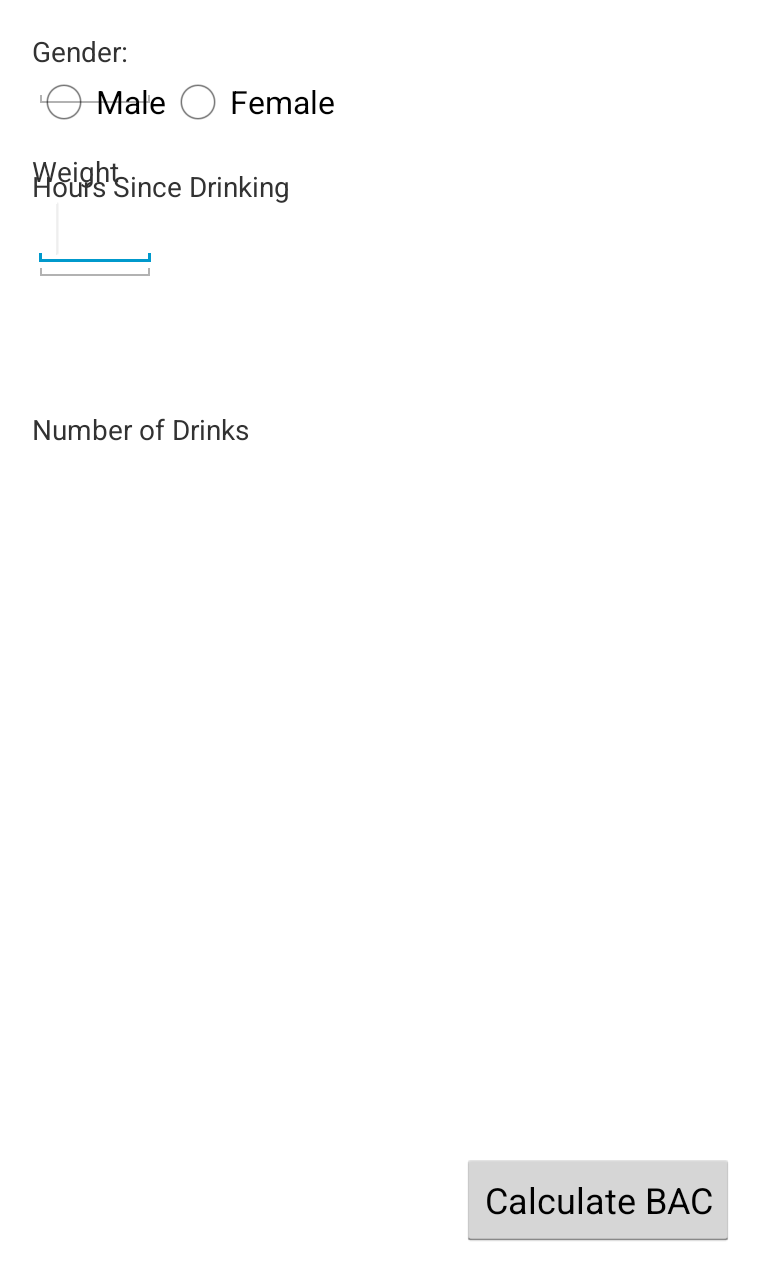
Repository: Sudoka/TBD
Layout: MyApp/res/layout/activity_bac.xml
An editor plug-in stored every save of this project. The layout is shown before and after the next save, followed by the edit.
It is drawn on a 768 x 1280 px phone screen (xhdpi) without system bars, with theme AppTheme; the app's code is not run.

Above is the layout before, as saved 2013-05-09 05:30:17.

After the next save:
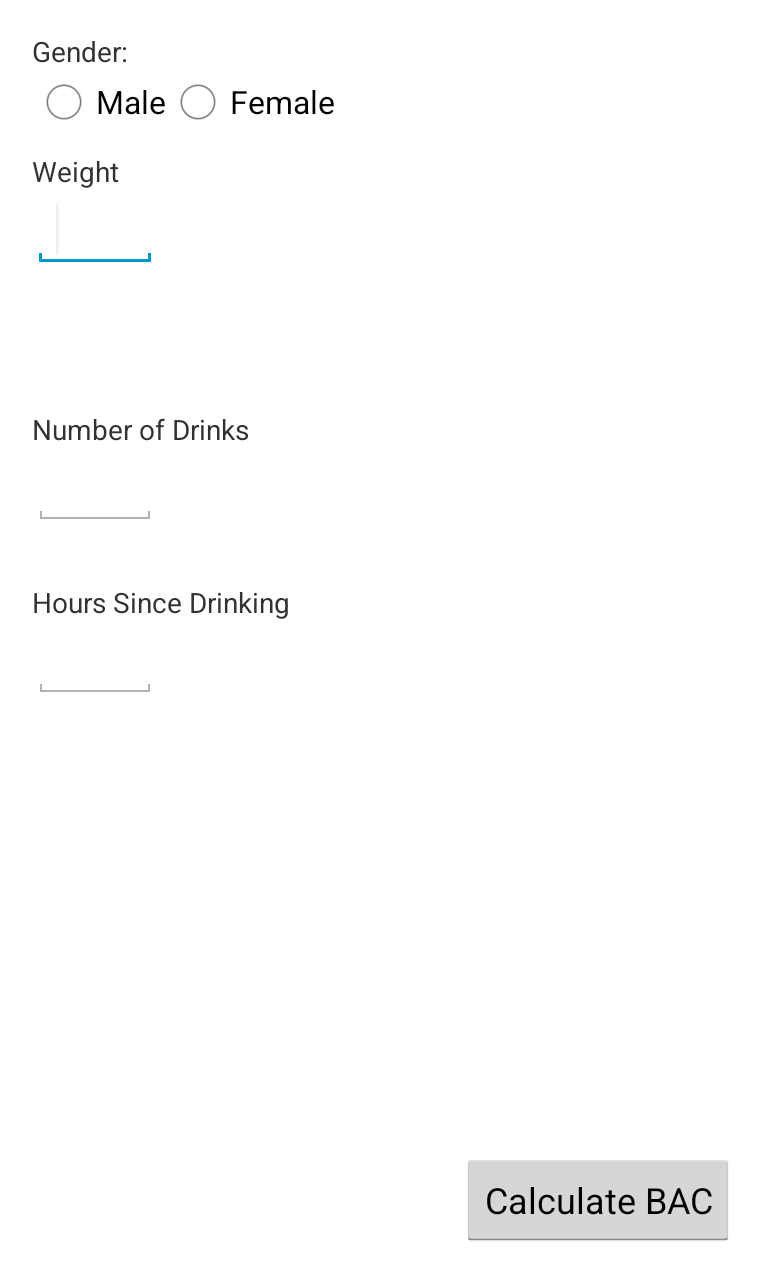
Saved 19 s later.
--- a/MyApp/res/layout/activity_bac.xml
+++ b/MyApp/res/layout/activity_bac.xml
@@ -91,9 +91,9 @@
         android:id="@+id/editNumOfDrinks"
         android:layout_width="wrap_content"
         android:layout_height="wrap_content"
-        android:layout_alignLeft="@+id/NumDrinks"
+        android:layout_alignLeft="@+id/numDrinks"
         android:layout_alignRight="@+id/editWeight"
-        android:layout_below="@+id/NumDrinks"
+        android:layout_below="@+id/numDrinks"
         android:ems="10"
         android:inputType="number" />
 
